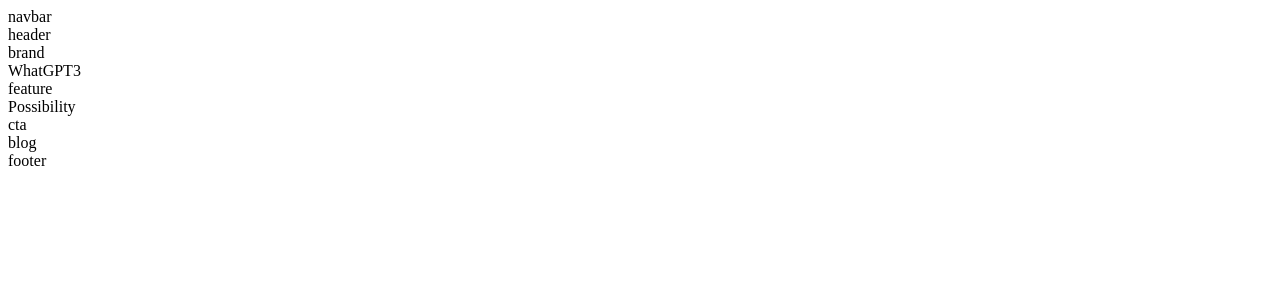
Repository: smitranjansingh29/gpt3-react
Page: /
The author's editor kept a copy of each file at every save. The page is drawn from the files as they stood at one save, then again after the next save.
The browser window is 1280 px wide. The pictures show the whole page.
The project was rebuilt for these pictures with package versions that can differ from the ones it lists, and the page was loaded fresh each time. Also part of the build but not shown: src/components/brand/brand.css, src/components/cta/cta.css, src/components/feature/feature.css, src/components/feature/Feature.jsx, src/components/navbar/navbar.css, src/containers/features/feature.css, src/containers/footer/footer.css, src/containers/header/header.css and 2 more.

Above is the page before, as saved 2023-10-02 11:34:15.

After the next save:
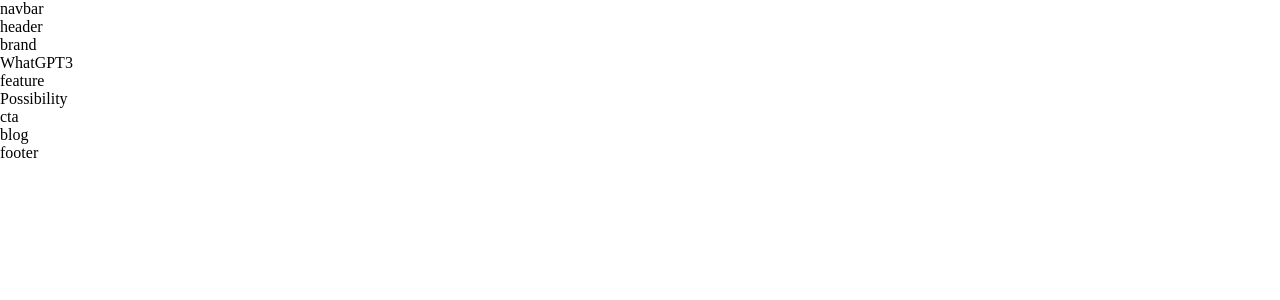
Saved 61 s later.
--- a/src/App.js
+++ b/src/App.js
@@ -3,7 +3,7 @@
 import { Brand , Cta , Navbar } from './components';
 import { Footer , Blog , Possibility , Features , WhatGPT3 , Header } from './containers';
 
-import './App';
+import './App.css';
 const App = () => {
   return (
     <div className='App' >
